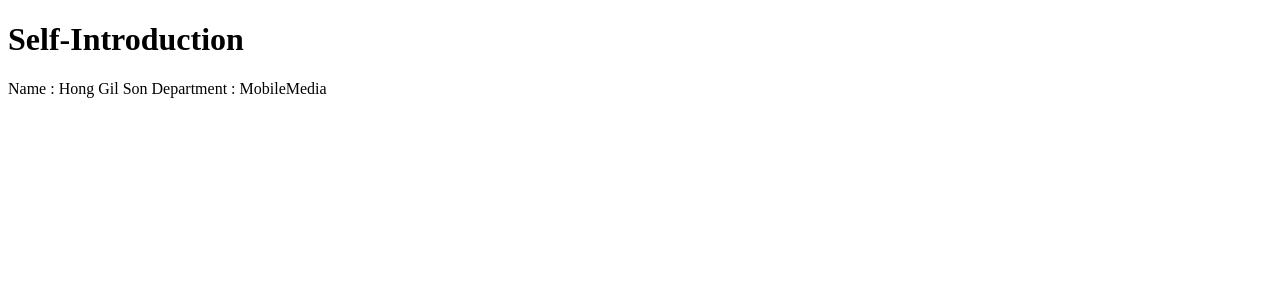
Repository: bobo1201/jspwork
Page: http://localhost/JSPBook/HelloJSP3.jsp
The author's editor kept a copy of each file at every save. The page is drawn from the files as they stood at one save, then again after the next save.
The browser window is 1280 px wide. The pictures show the whole page.
The page is served by Tomcat 9.

Above is the page before, as saved 2023-02-27 01:50:46.

### JSPBook/src/main/webapp/HelloJSP3.jsp
<%@ page language="java" contentType="text/html; charset=UTF-8"
    pageEncoding="UTF-8"%>
<!DOCTYPE html>
<html>
<head>
<meta charset="UTF-8">
<title>JSP</title>
</head>
<body>
	<h1>Self-Introduction</h1>
	Name : Hong Gil Son
	Department : MobileMedia
</body>
</html>

After the next save:
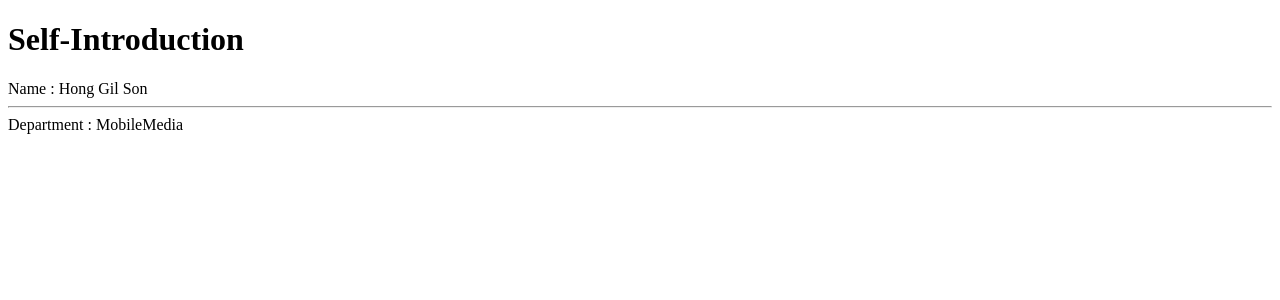
Saved 41 s later.
--- a/JSPBook/src/main/webapp/HelloJSP3.jsp
+++ b/JSPBook/src/main/webapp/HelloJSP3.jsp
@@ -8,7 +8,7 @@
 </head>
 <body>
 	<h1>Self-Introduction</h1>
-	Name : Hong Gil Son
+	Name : Hong Gil Son <hr>
 	Department : MobileMedia
 </body>
 </html>
